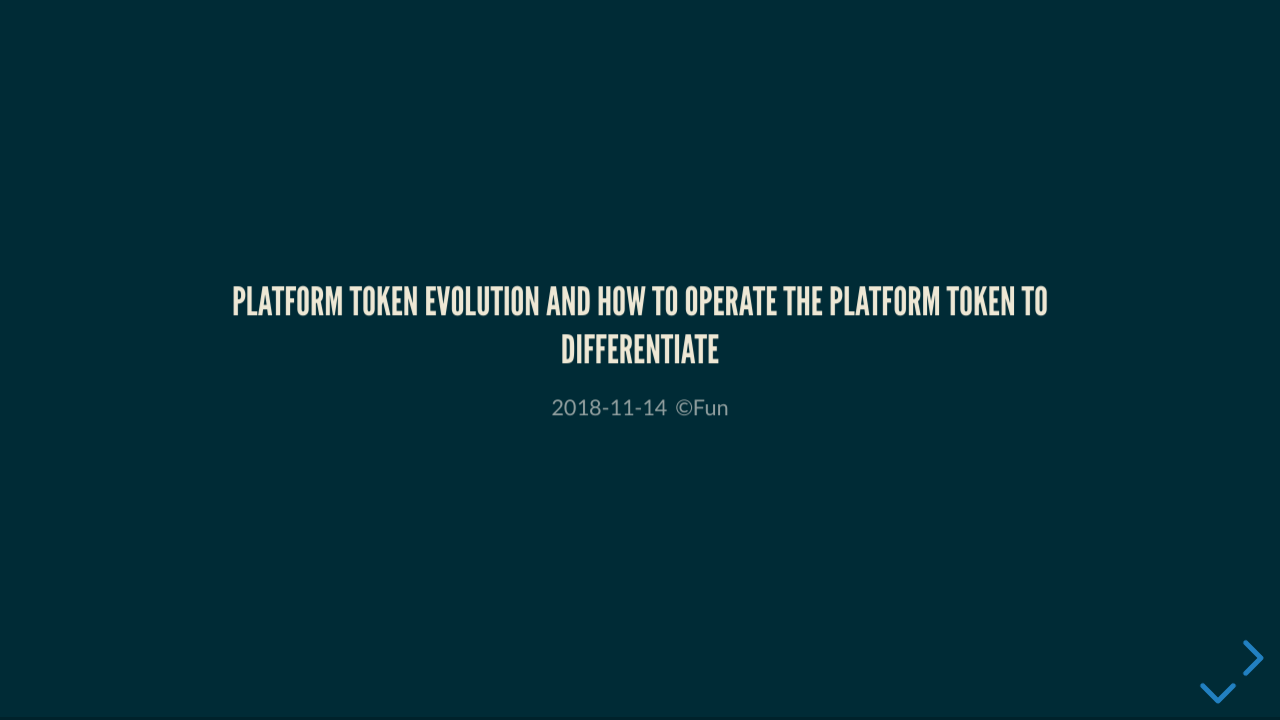
Repository: RickFang666/reveal-ppt
Page: index.html
The author's editor kept a copy of each file at every save. The page is drawn from the files as they stood at one save, then again after the next save.
The browser window is 1280 px wide. The pictures show the whole page.

Above is the page before, as saved 2018-11-13 10:47:40.

After the next save:
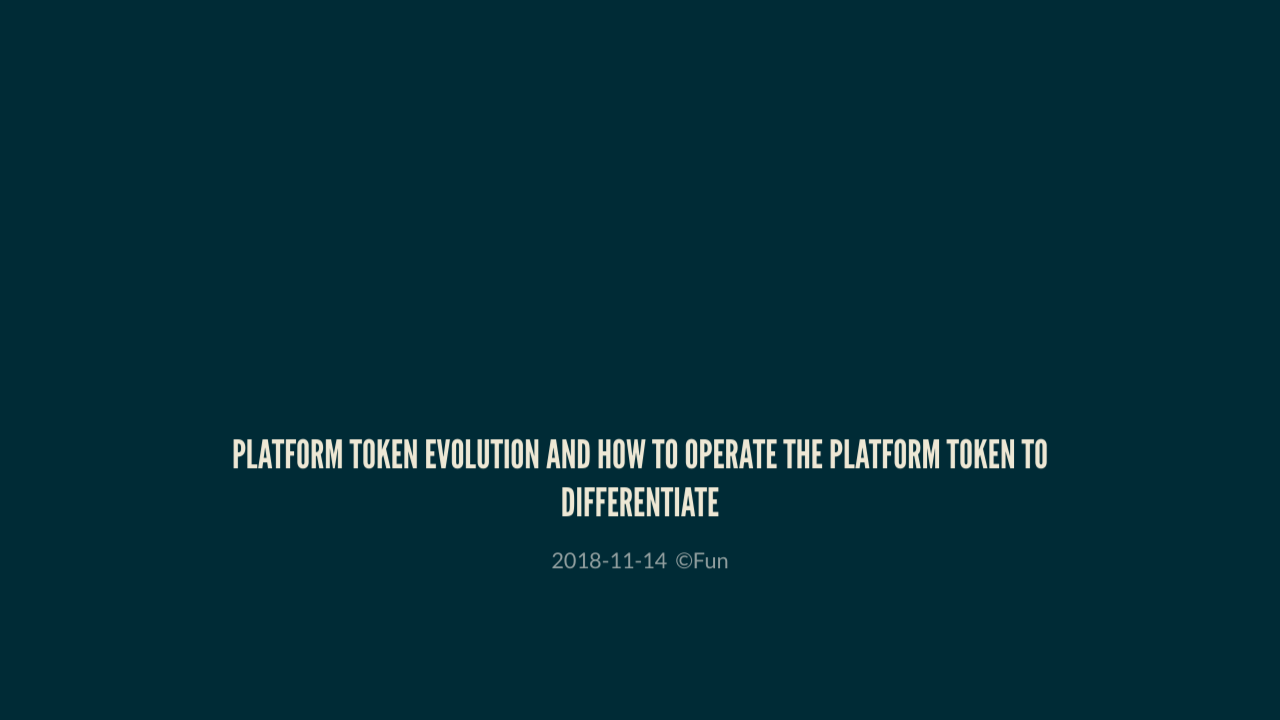
Saved 58 s later.
--- a/index.html
+++ b/index.html
@@ -26,9 +26,26 @@
       	document.getElementsByTagName('head')[0].appendChild(link);
       </script>
     -->
+    <script
+      type="text/javascript"
+      color="255,0,0"
+      opacity="0.6"
+      zIndex="-2"
+      count="99"
+      src="//cdn.bootcss.com/canvas-nest.js/1.0.1/canvas-nest.min.js"
+    ></script>
+    <script
+      type="text/javascript"
+      color="0,0,255"
+      opacity="0.6"
+      zIndex="-10"
+      count="99"
+      src="//cdn.bootcss.com/canvas-nest.js/1.0.1/canvas-nest.min.js"
+    ></script>
   </head>
 
   <body>
+    <canvas></canvas>
     <div class="reveal">
       <div class="slides">
         <section>

After the 2 saves that followed:
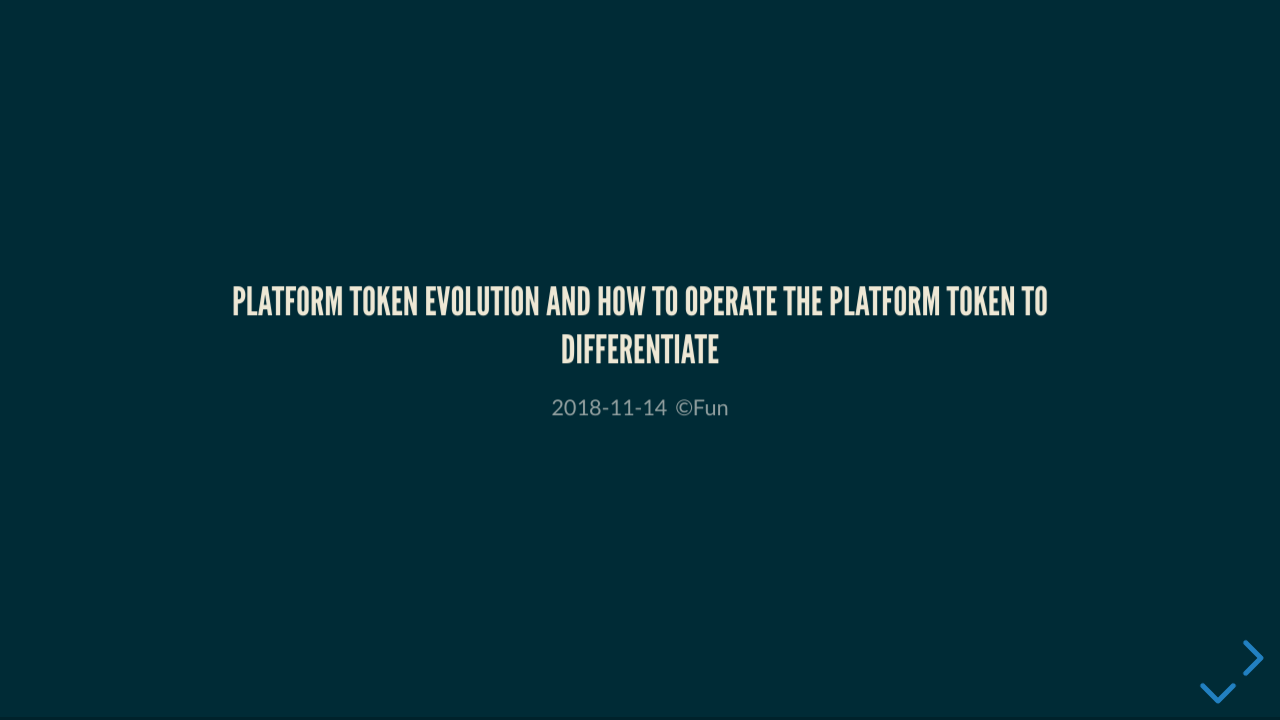
The 2 saves are shown as one change because 1 left the picture as it was.
The last was saved 44 s later.
--- a/index.html
+++ b/index.html
@@ -26,22 +26,17 @@
       	document.getElementsByTagName('head')[0].appendChild(link);
       </script>
     -->
-    <script
-      type="text/javascript"
-      color="255,0,0"
-      opacity="0.6"
-      zIndex="-2"
-      count="99"
-      src="//cdn.bootcss.com/canvas-nest.js/1.0.1/canvas-nest.min.js"
-    ></script>
-    <script
-      type="text/javascript"
-      color="0,0,255"
-      opacity="0.6"
-      zIndex="-10"
-      count="99"
-      src="//cdn.bootcss.com/canvas-nest.js/1.0.1/canvas-nest.min.js"
-    ></script>
+    <style>
+      canvas {
+        position: absolute;
+        top: 0;
+        left: 0;
+        z-index: 1;
+        width: 100%;
+        height: 100%;
+        pointer-events: none;
+      }
+    </style>
   </head>
 
   <body>
